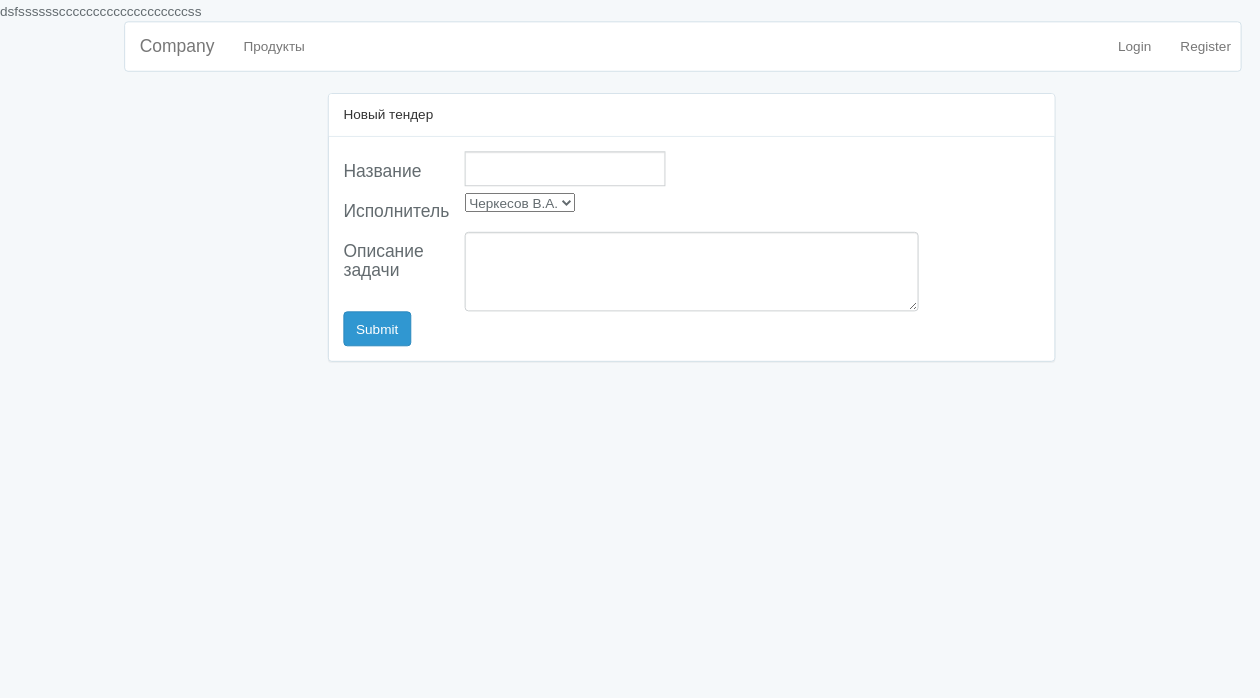
Repository: blackjack043/laravel-crud
Page: http://localhost/page2
These files come from the project's save history. The page is drawn as it stood at one moment and after the next save; the edit follows.
The browser window is 1280 px wide. The page is 1299 px wide, so the pictures cover 1299 px, including what lies to the right of the window. The pictures show the whole page, at 97% of full size.
Some web fonts or font styles are not loaded; a fallback is used. The page is served by the project's Laravel application, run on PHP 8.4 with Laravel 8.

Above is the page before, as saved 2022-03-06 21:11:11.

After the next save:
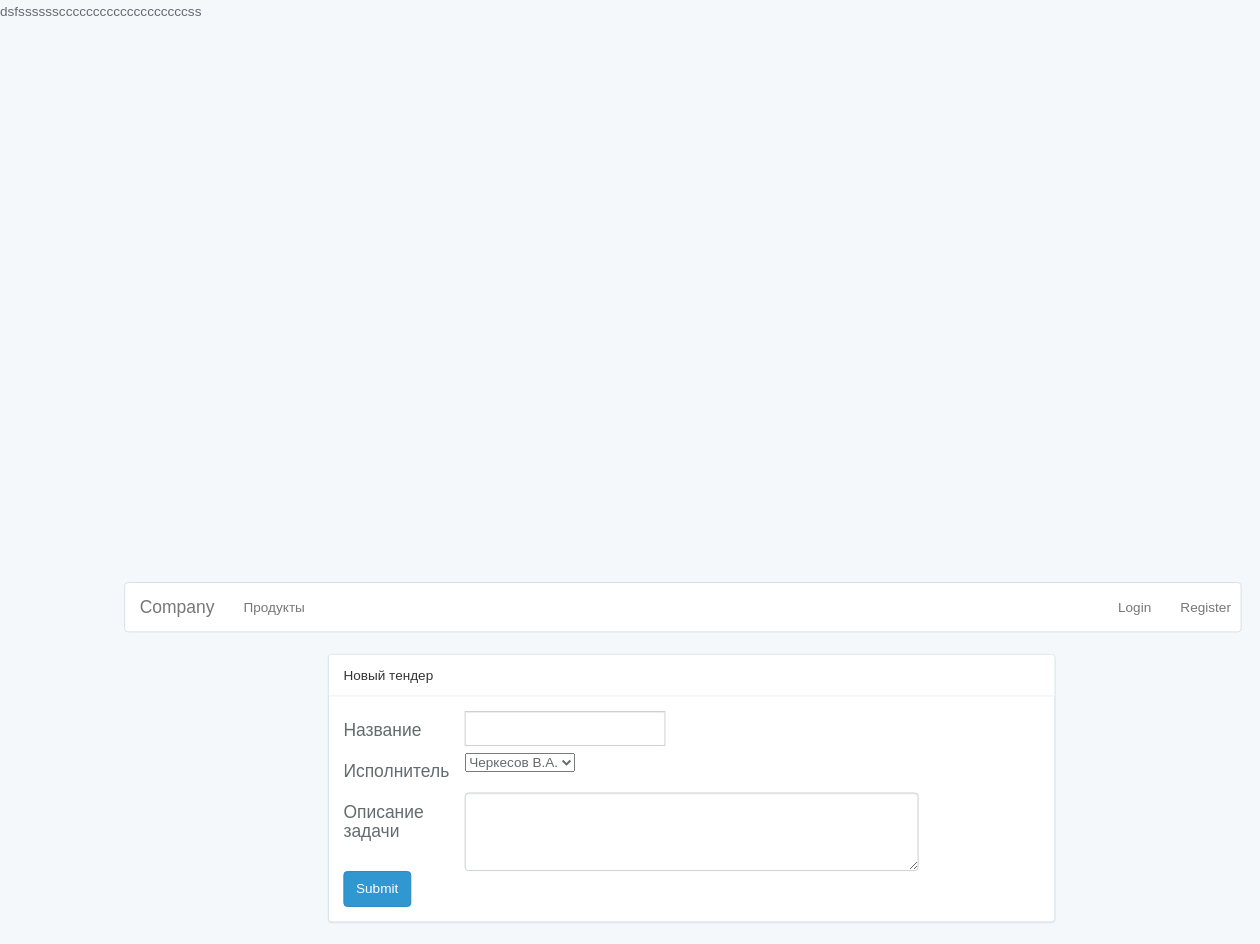
Saved 19 s later.
--- a/resources/views/layouts/app2.blade.php
+++ b/resources/views/layouts/app2.blade.php
@@ -22,7 +22,7 @@
 </head>
 <body>
     <div id="app" >
-        <div style="width:200px" >dsfsssssscccccccccccccccccccss</div>
+        <div style="width:200px;height:600px" >dsfsssssscccccccccccccccccccss</div>
         <div style="display:inline; width:90%; float:right">
         <nav class="navbar navbar-default">
             <div class="container">

After the save that followed:
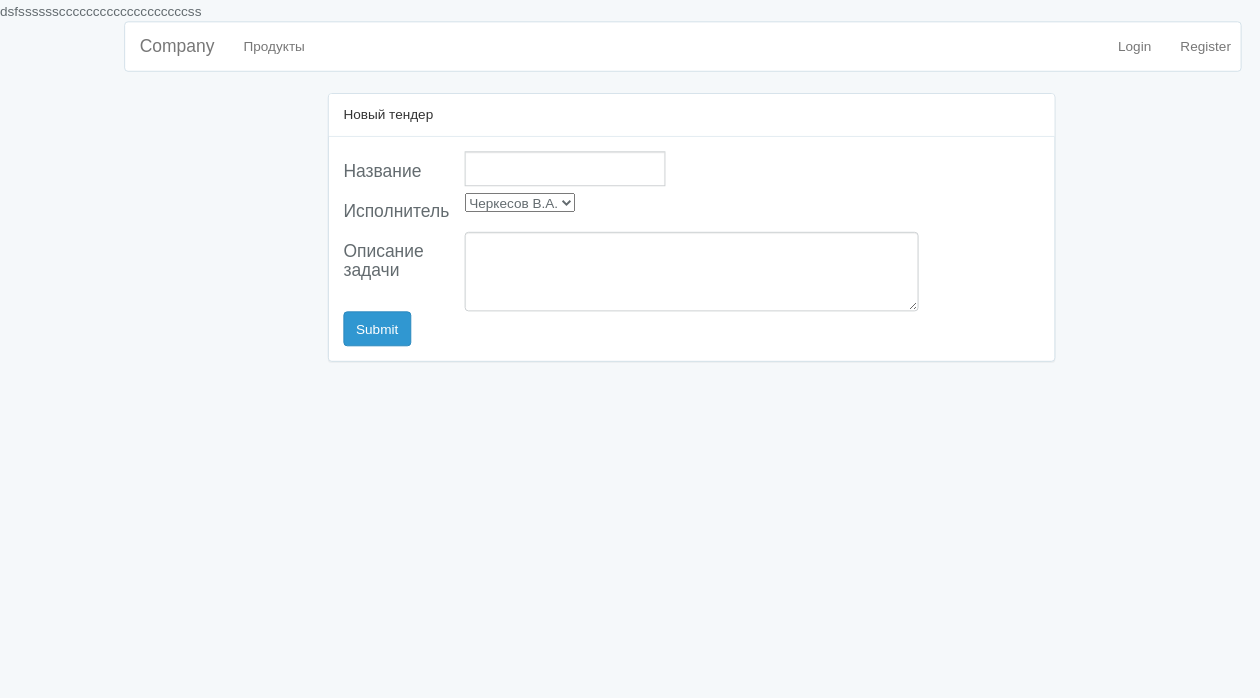
Saved 32 s later.
--- a/resources/views/layouts/app2.blade.php
+++ b/resources/views/layouts/app2.blade.php
@@ -22,7 +22,7 @@
 </head>
 <body>
     <div id="app" >
-        <div style="width:200px;height:600px" >dsfsssssscccccccccccccccccccss</div>
+        <div style="width:200px" >dsfsssssscccccccccccccccccccss</div>
         <div style="display:inline; width:90%; float:right">
         <nav class="navbar navbar-default">
             <div class="container">
